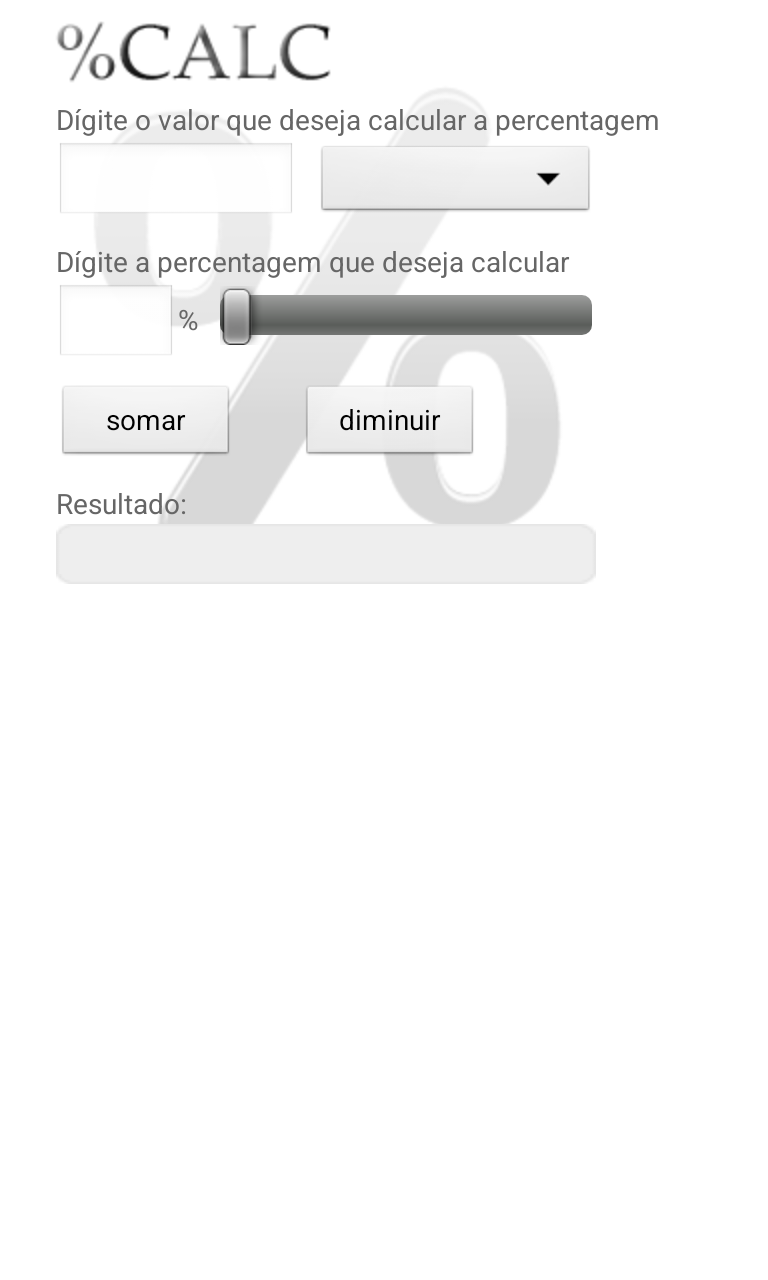
Repository: leoclaro/percentcalc
Layout: CalcularPercentagem/res/layout/main.xml
The author's editor kept a copy of each file at every save. The layout is drawn from the files as they stood at one save, then again after the next save.
It is drawn on a 768 x 1280 px phone screen (xhdpi) without system bars, with theme android:Theme; the app's code is not run.

Above is the layout before, as saved 2012-05-10 14:37:13.

### CalcularPercentagem/res/layout/main.xml
<?xml version="1.0" encoding="utf-8"?>
<RelativeLayout xmlns:android="http://schemas.android.com/apk/res/android"
    android:layout_width="fill_parent"
    android:layout_height="fill_parent"
    android:background="@android:color/white" >

    <ImageView
        android:id="@+id/imageViewBG"
        android:layout_width="300dp"
        android:layout_height="300dp"
        android:scaleType="matrix"
        android:layout_marginTop="5dp"
        android:contentDescription="@string/image_bg"
        android:src="@drawable/bg" />

    <ScrollView
        android:id="@+id/scrollView1"
        android:layout_width="wrap_content"
        android:layout_height="wrap_content"
        android:layout_marginTop="50dp"
        android:layout_marginBottom="10dp" >

        <RelativeLayout xmlns:android="http://schemas.android.com/apk/res/android"
		    android:layout_width="fill_parent"
		    android:layout_height="wrap_content" >

		    <TextView
		        android:id="@+id/textViewValor"
		        android:layout_width="fill_parent"
		        android:layout_height="wrap_content"
		        android:layout_alignParentLeft="true"
		        android:layout_alignParentTop="true"
		        android:layout_marginLeft="28dp"
		        android:text="@string/label_valor"
		        android:textColor="#ff666666" />

		    <EditText
		        android:id="@+id/editTextValor"
		        android:layout_width="120dp"
		        android:layout_height="40dp"
		        android:layout_alignLeft="@+id/textViewValor"
		        android:layout_below="@+id/textViewValor"
		        android:layout_marginTop="2dp"
		        android:ems="10"
		        android:inputType="numberDecimal" />

		    <Spinner
		        android:id="@+id/spinnerParcelas"
		        android:layout_width="140dp"
		        android:layout_height="40dp"
		        android:layout_below="@+id/textViewValor"
		        android:layout_marginLeft="158dp"
		        android:layout_marginTop="2dp"
		        android:prompt="@array/spinner_parcelas" />

		    <TextView
		        android:id="@+id/textViewPercentagem"
		        android:layout_width="fill_parent"
		        android:layout_height="wrap_content"
		        android:layout_alignLeft="@+id/textViewValor"
		        android:layout_below="@+id/editTextValor"
		        android:layout_marginTop="10dp"
		        android:text="@string/label_percentagem"
		        android:textColor="#ff666666" />

		    <EditText
		        android:id="@+id/editTextPercentagem"
		        android:layout_width="60dp"
		        android:layout_height="40dp"
		        android:layout_alignLeft="@+id/textViewValor"
		        android:layout_below="@+id/textViewPercentagem"
		        android:layout_marginTop="2dp"
		        android:ems="6"
		        android:inputType="numberDecimal" />

		    <TextView
		        android:id="@+id/textViewPercentagemSinal"
		        android:layout_width="fill_parent"
		        android:layout_height="wrap_content"
		        android:layout_below="@+id/textViewPercentagem"
		        android:layout_marginLeft="89dp"
		        android:layout_marginTop="10dp"
		        android:text="@string/label_percentagem_sinal"
		        android:textColor="#ff666666" />

		    <SeekBar
		        android:id="@+id/seekBarPercentagem"
		        android:layout_width="186dp"
		        android:layout_height="wrap_content"
		        android:layout_below="@+id/textViewPercentagem"
		        android:layout_marginLeft="110dp"
		        android:layout_marginTop="3dp"
		        android:max="1000" />

		    <Button
		        android:id="@+id/buttonSomar"
		        android:layout_width="90dp"
		        android:layout_height="40dp"
		        android:layout_alignLeft="@+id/textViewValor"
		        android:layout_below="@+id/editTextPercentagem"
		        android:layout_marginTop="10dp"
		        android:text="@string/button_somar" />

		    <Button
		        android:id="@+id/buttonDiminuir"
		        android:layout_width="90dp"
		        android:layout_height="40dp"
		        android:layout_below="@+id/editTextPercentagem"
		        android:layout_marginLeft="150dp"
		        android:layout_marginTop="10dp"
		        android:text="@string/button_diminuir" />

		    <TextView
	            android:id="@+id/textViewLabelResultado"
	            android:layout_width="fill_parent"
	            android:layout_height="wrap_content"
	            android:layout_alignLeft="@+id/textViewValor"
	            android:layout_marginTop="10dp"
	            android:layout_below="@+id/buttonSomar"
	            android:text="@string/label_resultado"
	            android:textColor="#ff666666" />

		    <RelativeLayout
		        android:id="@+id/relativeLayoutBgResultadoTop"
		        android:layout_width="270dp"
		        android:layout_height="5dp"
		        android:layout_below="@+id/textViewLabelResultado"
		        android:layout_marginTop="1dp"
		        android:layout_alignLeft="@+id/textViewValor"
		        android:background="@drawable/bg_resultado_top">
			</RelativeLayout>

		    <RelativeLayout
		        android:id="@+id/relativeLayoutBgResultado"
		        android:layout_width="270dp"
		        android:layout_height="wrap_content"
		        android:layout_alignLeft="@+id/textViewValor"
		        android:layout_below="@+id/relativeLayoutBgResultadoTop"
		        android:background="@drawable/bg_resultado" >

		        <TextView
		            android:id="@+id/textViewResultado"
		            android:layout_width="fill_parent"
		            android:layout_height="wrap_content"
		            android:layout_marginLeft="12dp"
		            android:layout_marginTop="1dp"
		            android:textColor="#ff666666" />

		    </RelativeLayout>

		    <RelativeLayout
		        android:id="@+id/relativeLayoutBgResultadoBottom"
		        android:layout_width="270dp"
		        android:layout_height="5dp"
		        android:layout_below="@+id/relativeLayoutBgResultado"
		        android:layout_alignLeft="@+id/textViewValor"
		        android:background="@drawable/bg_resultado_bottom">
			</RelativeLayout>

        </RelativeLayout>
    </ScrollView>

</RelativeLayout>

### CalcularPercentagem/res/values/strings.xml
<?xml version="1.0" encoding="utf-8"?>
<resources>

    <string name="label_valor">Dígite o valor que deseja calcular a percentagem</string>
    <string name="app_name">Calcular Percentagem</string>
    <string name="label_percentagem">Dígite a percentagem que deseja calcular</string>
    <string name="label_percentagem_sinal">%</string>
    <string name="label_sobre">sobre</string>
    <string name="button_somar">somar</string>
    <string name="button_diminuir">diminuir</string>
    <string name="image_bg">fundo</string>
    <string name="label_resultado">Resultado: </string>
    <string-array name="spinner_parcelas">
        <item>meses</item>
        <item>1</item>
        <item>2</item>
        <item>3</item>
        <item>4</item>
        <item>5</item>
        <item>6</item>
        <item>7</item>
        <item>8</item>
        <item>9</item>
        <item>10</item>
        <item>11</item>
        <item>12</item>
    </string-array>

</resources>

After the next save:
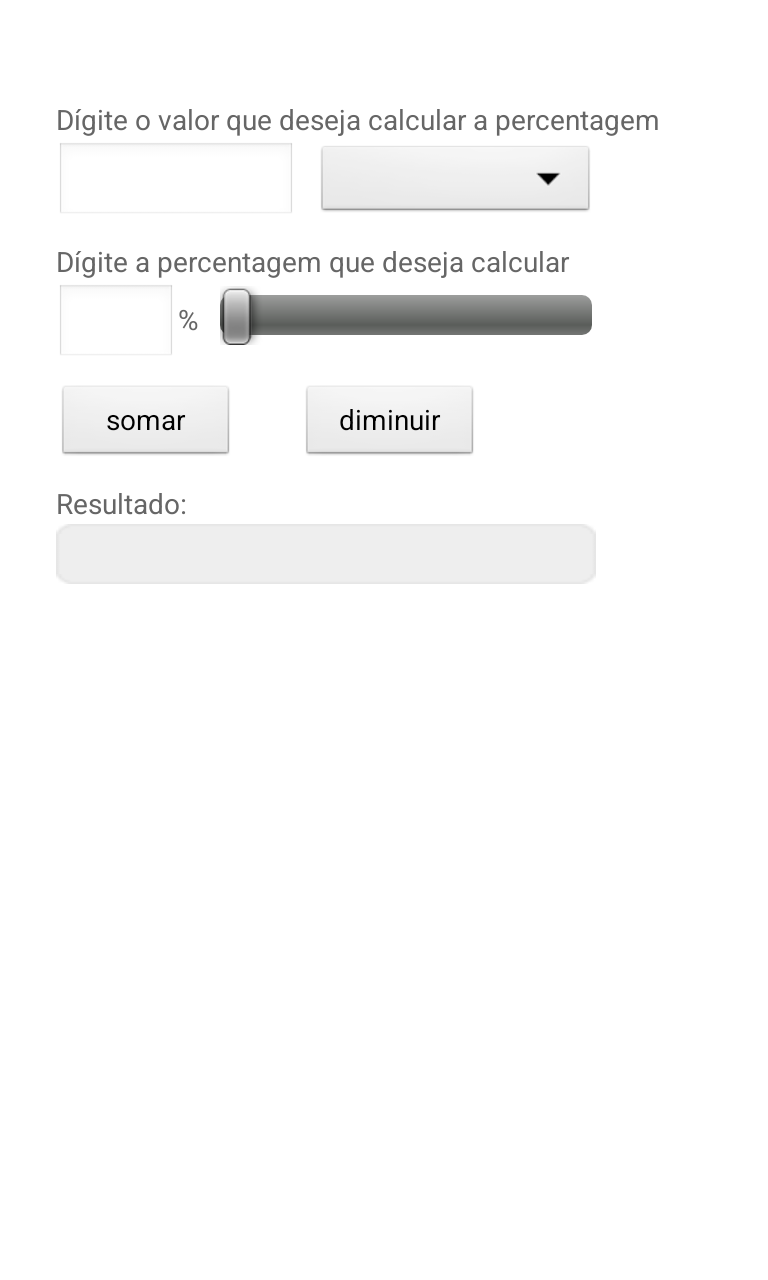
Saved 112 s later.
--- a/CalcularPercentagem/res/layout/main.xml
+++ b/CalcularPercentagem/res/layout/main.xml
@@ -11,7 +11,7 @@
         android:scaleType="matrix"
         android:layout_marginTop="5dp"
         android:contentDescription="@string/image_bg"
-        android:src="@drawable/bg" />
+        android:src="@drawable/" />
 
     <ScrollView
         android:id="@+id/scrollView1"

After the save that followed:
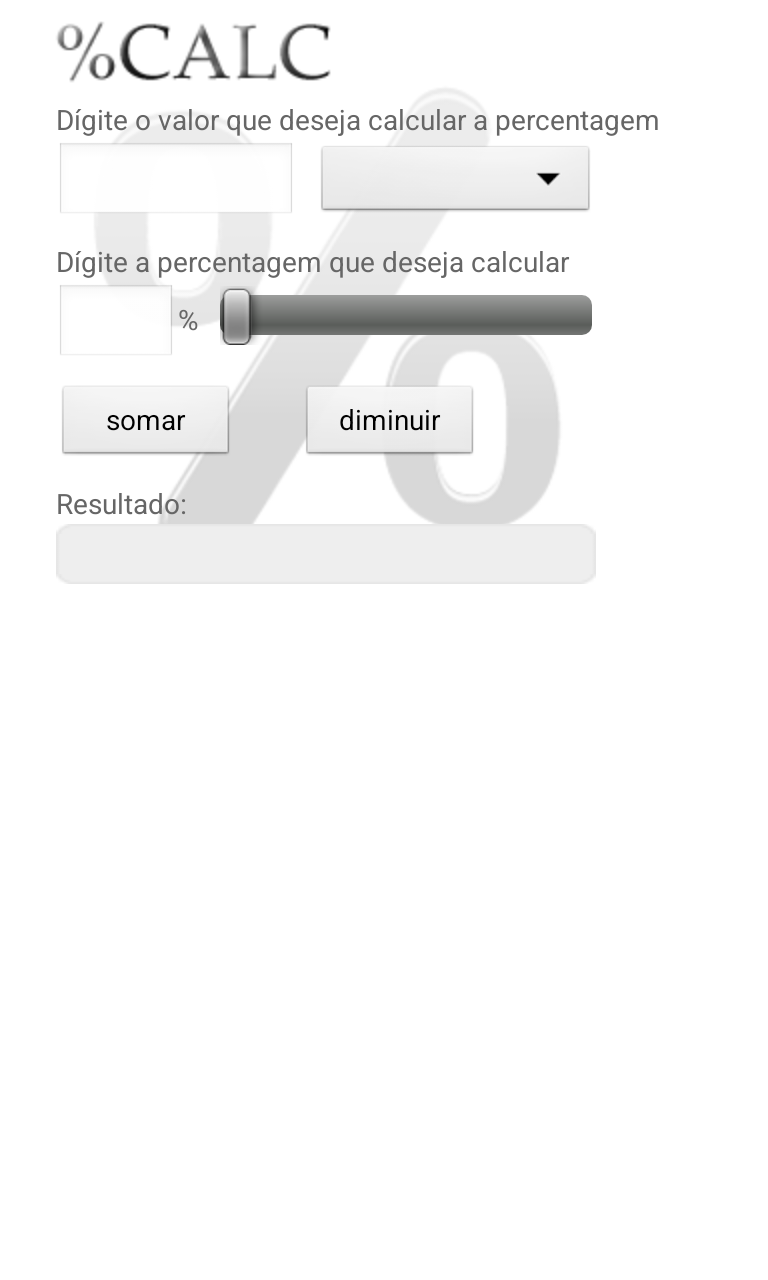
Saved 6 s later.
--- a/CalcularPercentagem/res/layout/main.xml
+++ b/CalcularPercentagem/res/layout/main.xml
@@ -11,7 +11,7 @@
         android:scaleType="matrix"
         android:layout_marginTop="5dp"
         android:contentDescription="@string/image_bg"
-        android:src="@drawable/" />
+        android:src="@drawable/bg" />
 
     <ScrollView
         android:id="@+id/scrollView1"
